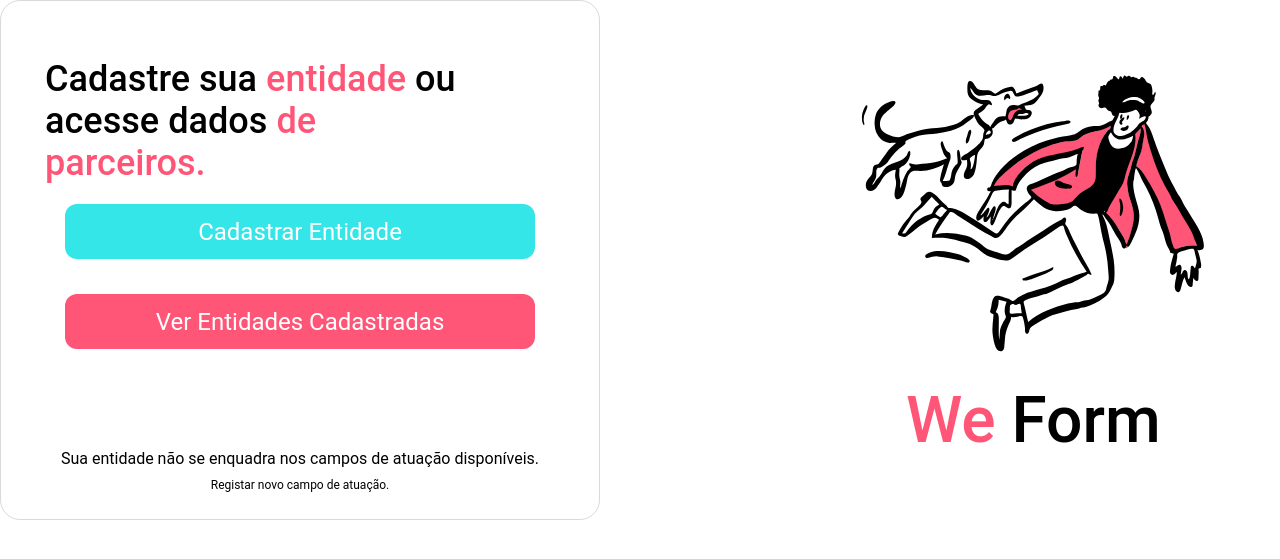
Repository: guilhermecardoso93/we-form
Page: index.html
An editor plug-in stored every save of this project. The page is shown before and after the next save, followed by the edit.
The browser window is 1280 px wide. The pictures show the whole page.

Above is the page before, as saved 2024-06-09 17:40:18.

After the next save:
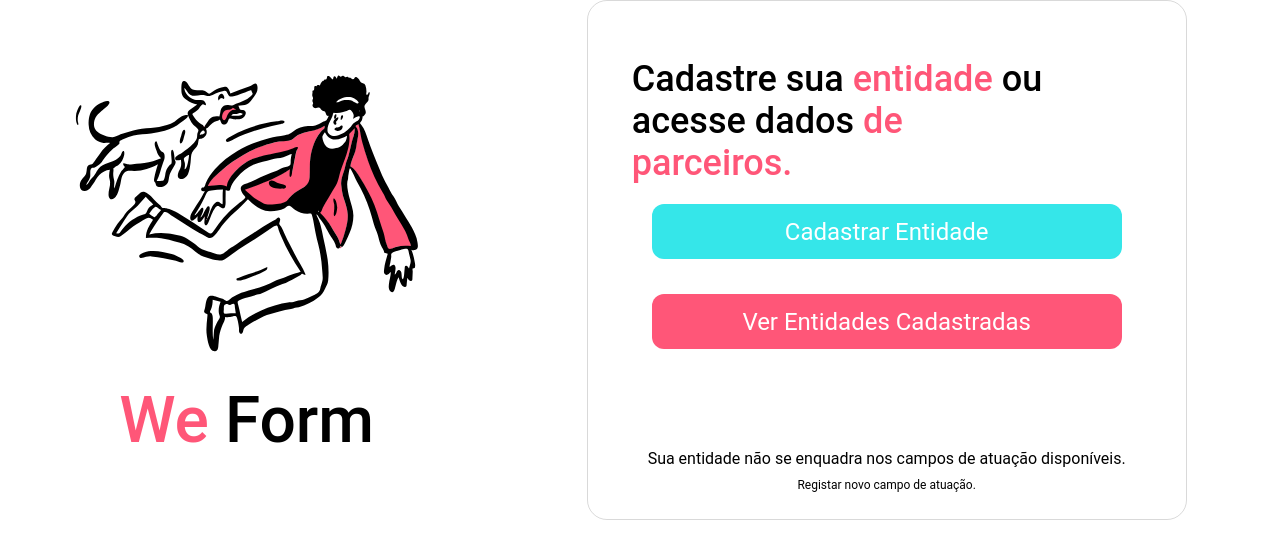
Saved 12 s later.
--- a/styles.css
+++ b/styles.css
@@ -25,11 +25,11 @@ body {
 }
 
 main {
-  grid-area: hero;
+  grid-area: form;
 }
 
 aside {
-  grid-area: form;
+  grid-area: hero;
 }
 
 aside {
